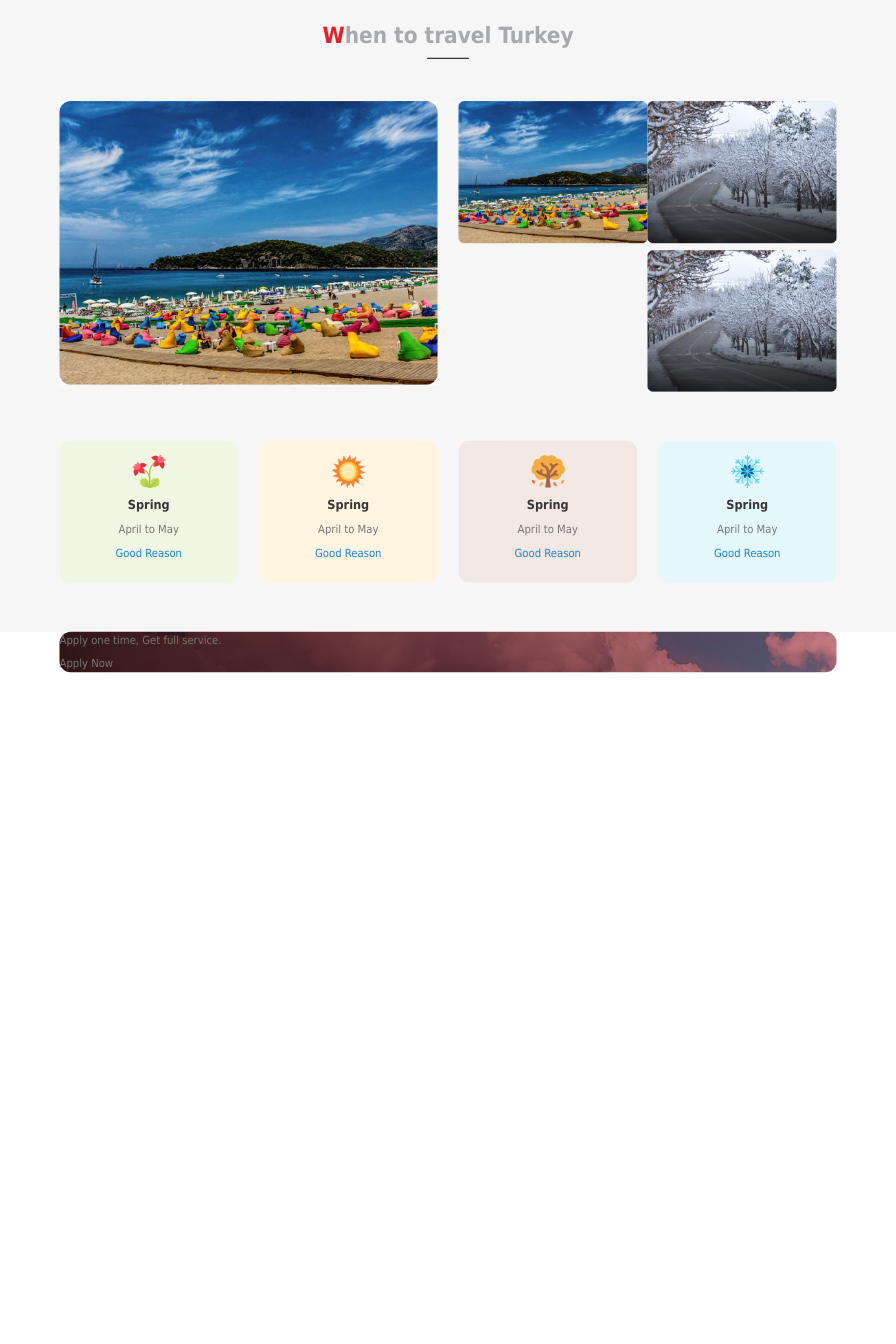
Repository: cvminhquan/turkey
Page: index.html
The author's editor kept a copy of each file at every save. The page is drawn from the files as they stood at one save, then again after the next save.
The browser window is 1280 px wide. The pictures show the part of the page from y = 2908 to 4828 px (the page is 30000 px tall), at 70% of full size.
The style sheet was rebuilt from its Sass, Less or Tailwind sources for each picture, by a compiler version that may differ from the author's.

Above is the page before, as saved 2022-09-15 22:34:15.

After the next save:
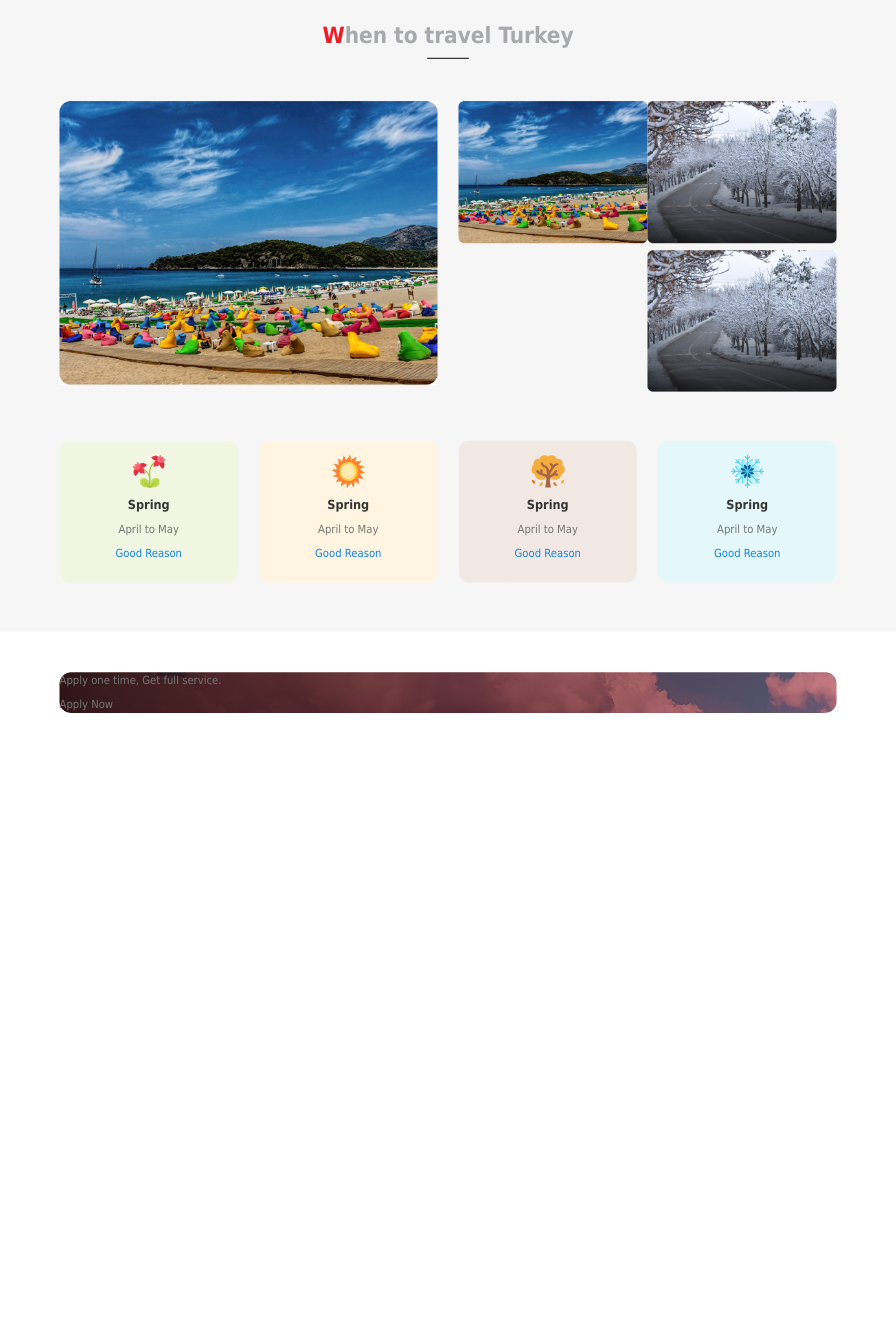
Saved 77 s later.
--- a/scss/main.scss
+++ b/scss/main.scss
@@ -214,5 +214,6 @@ header {}
 
 //section whychooseus
 .ad-infor {
+    margin: 58px 0;
     background: url(../images/img-ad.jpg);
 }
